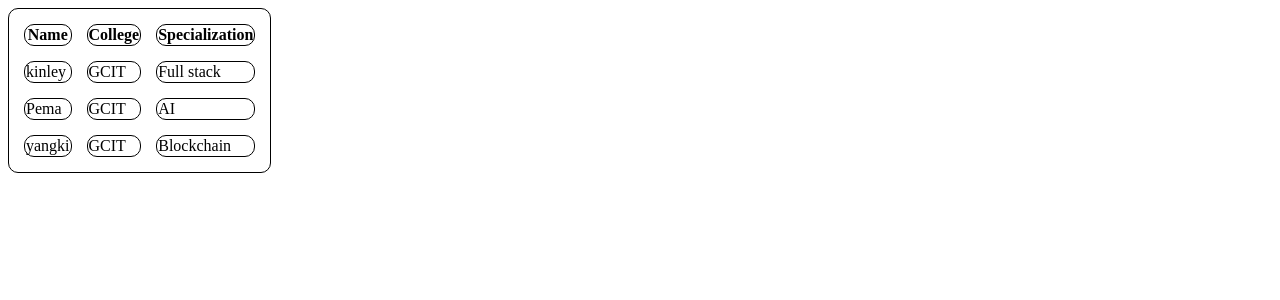
Repository: Pema-yangki/Css
Page: fed.html
An editor plug-in stored every save of this project. The page is shown before and after a run of saves, followed by the edit.
The browser window is 1280 px wide. The pictures show the whole page.

Above is the page before, as saved 2024-03-15 14:45:44.

### fed.html
<!DOCTYPE html>
<html lang="en">
<head>
    <meta charset="UTF-8">
    <meta name="viewport" content="width=device-width, initial-scale=1.0">
    <title>Document</title>
    <!-- <style>
        h1[name="greetings"]{
            color: brown;
        }
        h1[name ="king"]{
            color:aqua
        }
        h1[name="okay"]{
            color:blueviolet
        }
    </style> -->
    <style>
        table{
            border: 1px solid black;
            /* border-collapse: separate; */
            border-spacing: 15px;
            border-radius: 10px;
        }

        table, th, td{
            border: 1px solid black;
            /* border-collapse: collapse; */
            border-radius:10px;
        }
    </style>
</head>
<body>
   <!-- <h1 name = "greetings">hello</h1>
   <h1 name = "king" >hi</h1>
   <h1 name = "okay">bye</h1> -->
   <table>
    <tr>
        <th>Name</th>
        <th>College</th>
        <th>Specialization</th>
    </tr>
    <tr>
        <td>kinley</td>
        <td >GCIT</td>
        <td>Full stack</td>
    </tr>
    <tr>
        <td>Pema</td>
        <td>GCIT</td>
        <td>AI</td>
    </tr>
    <tr>
        <td>yangki</td>
        <td>GCIT</td>
        <td>Blockchain</td>
    </tr>

   </table>

</body>
</html>

After the next 2 saves:
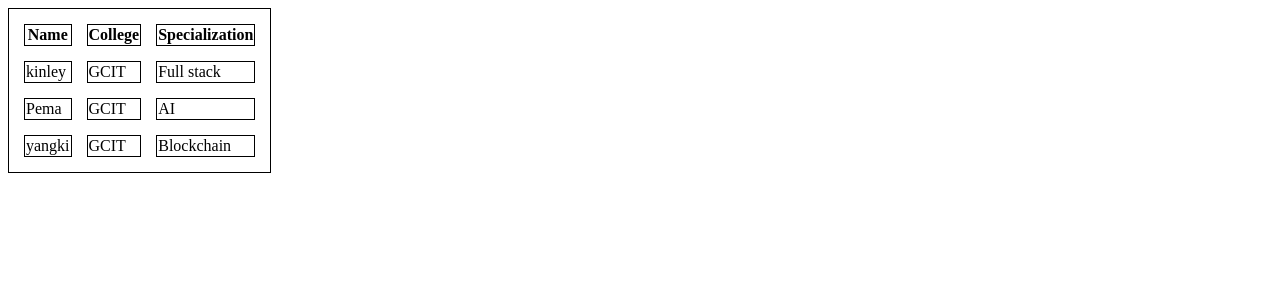
The 2 saves are shown as one change because they came seconds apart.
The last was saved 86 s later.
--- a/fed.html
+++ b/fed.html
@@ -20,13 +20,13 @@
             border: 1px solid black;
             /* border-collapse: separate; */
             border-spacing: 15px;
-            border-radius: 10px;
+
         }
 
         table, th, td{
             border: 1px solid black;
             /* border-collapse: collapse; */
-            border-radius:10px;
+
         }
     </style>
 </head>
